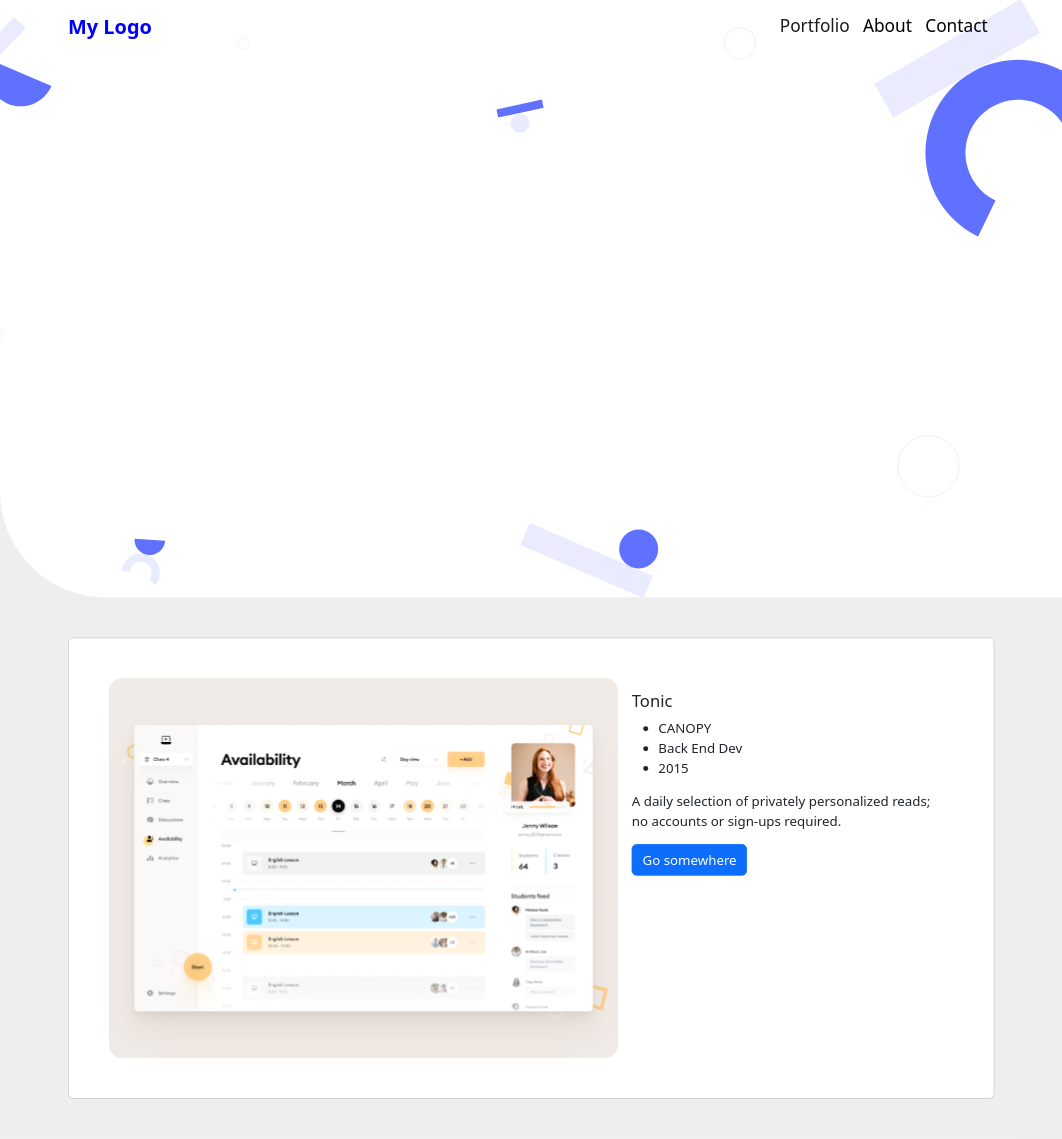
Repository: waelelsafty07/Bootstrap-Portfolio
Page: index.html
An editor plug-in stored every save of this project. The page is shown before and after a run of saves, followed by the edit.
The browser window is 1280 px wide. The pictures show the whole page, at 83% of full size.

Above is the page before, as saved 2023-04-04 16:24:44.

After the next 2 saves:
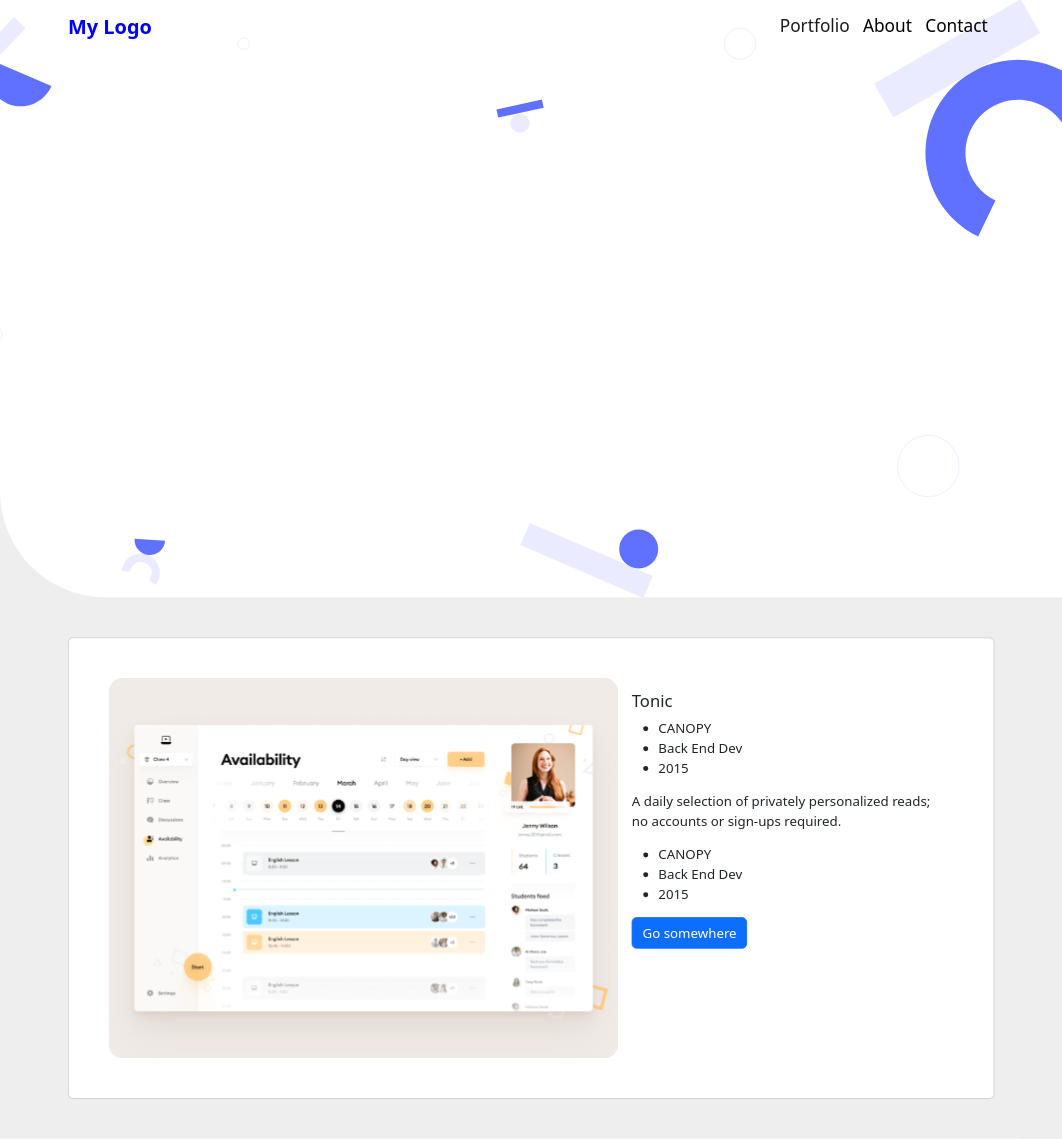
The 2 saves are shown as one change because they came seconds apart.
The last was saved 16 s later.
--- a/index.html
+++ b/index.html
@@ -45,6 +45,11 @@
                 <li>2015</li>
               </ul>
               <p class="card-text">A daily selection of privately personalized reads; no accounts or sign-ups required.</p>
+              <ul>
+                <li>CANOPY</li>
+                <li>Back End Dev</li>
+                <li>2015</li>
+              </ul>
               <a href="#" class="btn btn-primary">Go somewhere</a>
             </div>
           </div>
